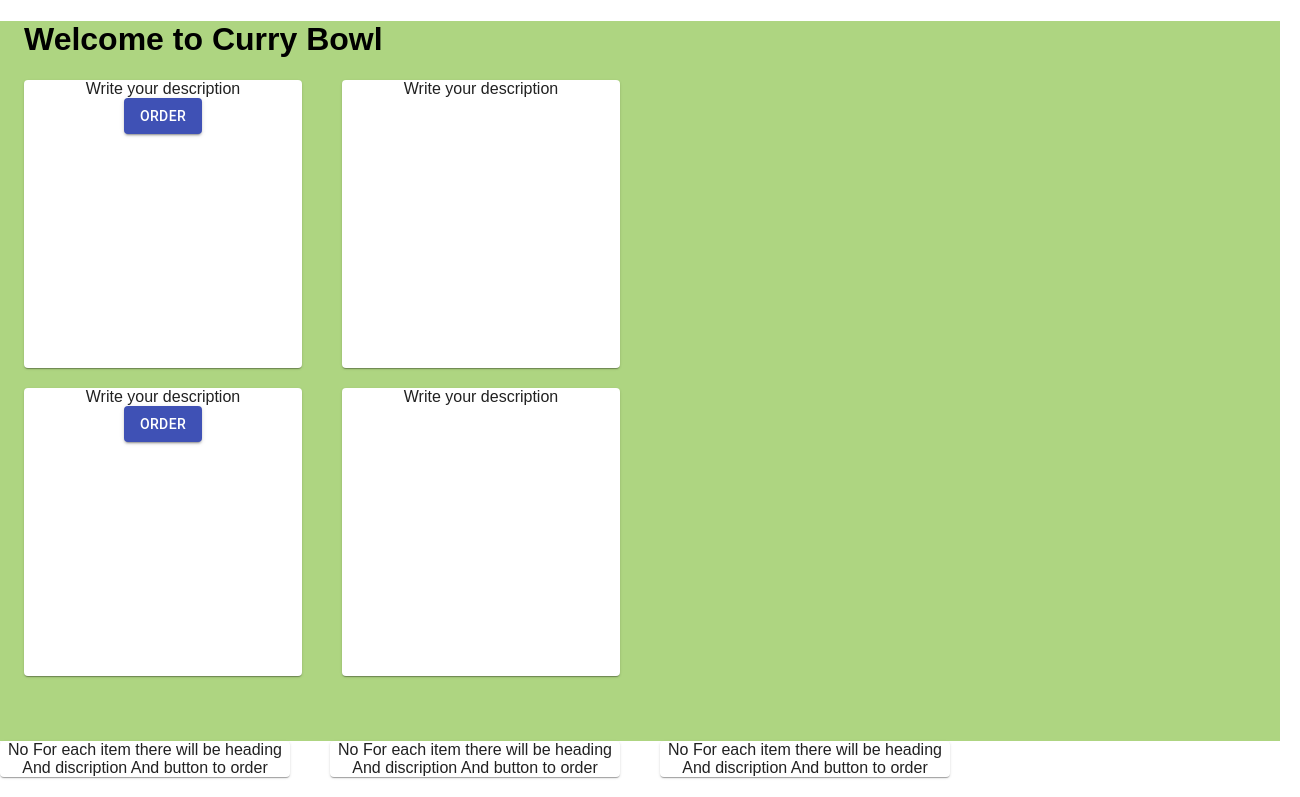
Repository: appikonda/food-order
Page: /, after clicking the first element matching `button.MuiButtonBase-root`
An editor plug-in stored every save of this project. The page is shown before and after the next save, followed by the edit.
The browser window is 1280 px wide. The page is 1300 px wide, so the pictures cover 1300 px, including what lies to the right of the window. The pictures show the whole page.
The project was rebuilt for these pictures with package versions that can differ from the ones it lists, and the page was loaded fresh each time. Also part of the build but not shown: webpack.config.js, src/App.css.

Above is the page before, as saved 2019-08-15 17:19:24.

### src/App.js
import React, { Component } from 'react';
import logo from './logo.svg';
import './App.css';
import OrderFood from './OrderFood.jsx'
class App extends Component {
  render() {
    return (
      <div>

           <OrderFood/>


    </div>
    );
  }
}

export default App;

### src/OrderFood.jsx
import React, { Component } from 'react';

import Typography from '@material-ui/core/Typography';
import Container from '@material-ui/core/Container';
import ExpansionPanel from '@material-ui/core/ExpansionPanel';
import ExpansionPanelDetails from '@material-ui/core/ExpansionPanelDetails';
import ExpansionPanelSummary from '@material-ui/core/ExpansionPanelSummary';
import Iframe from 'react-iframe'
import Grid from '@material-ui/core/Grid';
import { makeStyles  } from '@material-ui/core/styles';
import Button from '@material-ui/core/Button';


import Paper from '@material-ui/core/Paper';



class OrderFood extends Component {


  render() {
    return (
      <div >

      <Container  fixed style={{ backgroundColor: '#aed581', height: '100vh' }}>
      <h1>Welcome to Curry Bowl</h1>
      <Grid container spacing={5}>

        <Grid item xs={6} sm={3}  >
          <Paper style={{  textAlign: 'center',  color: '#212121', height: '40vh'  }}>
             Write your description
             <br/>
             <Button variant="contained" color="primary">
        Order
      </Button>

          </Paper>
        </Grid>
        <Grid item xs={6} sm={3} >
          <Paper style={{  textAlign: 'center',  color: '#212121', height: '40vh'  }}>
             Write your description

          </Paper>
        </Grid>


  </Grid>
  <Grid container spacing={5}>

        <Grid item xs={6} sm={3}  >
          <Paper style={{  textAlign: 'center',  color: '#212121', height: '40vh'  }}>
             Write your description
             <br/>
             <Button variant="contained" color="primary">
        Order
      </Button>

          </Paper>
        </Grid>
        <Grid item xs={6} sm={3} >
          <Paper style={{  textAlign: 'center',  color: '#212121', height: '40vh'  }}>
             Write your description

          </Paper>
        </Grid>


  </Grid>



      </Container>
      {this.renderGridOptions()}



      </div>
    );
  }
//One for biryani orders // 6.99
//One for one curry options// 5.99/
//One for 2 curry options //6.99
//One for full plate options //8.99

renderGridOptions(){

  return (
    <div >
    <Grid container spacing={5}>

        <Grid item xs={6} sm={3}  >
          <Paper style={{      textAlign: 'center',      color: '#212121'  }}>No   For each item there will be heading
  And discription
  And button to order</Paper>
        </Grid>
        <Grid item xs={6} sm={3} >
          <Paper style={{  textAlign: 'center',  color: '#212121'  }}>
        No
  For each item there will be heading
  And discription
  And button to order</Paper>
        </Grid>
        <Grid item xs={6} sm={3}>
          <Paper style={{

  textAlign: 'center',
  color: '#212121'
  }}>No
  For each item there will be heading
  And discription
  And button to order</Paper>
        </Grid>

  </Grid>
  </div>
  );

}


renderOptions(){



  return(
    <div>
      <ExpansionPanel  >
        <ExpansionPanelSummary
          aria-controls="panel1bh-content"
          id="panel1bh-header"
        ><b>Order Biryani</b>


        </ExpansionPanelSummary>
        <ExpansionPanelDetails>

          <Iframe url="https://docs.google.com/forms/d/e/1FAIpQLSdyKr7HLqYcw9uLIflgbRmy-7WHtb8fDuJuym8K5pYcW45q3g/viewform"
         width="900px"
         height="600px"
            />

        </ExpansionPanelDetails>
      </ExpansionPanel>
      <ExpansionPanel >
        <ExpansionPanelSummary

          aria-controls="panel2bh-content"
          id="panel2bh-header"
        >
          Order One Curry Plate

        </ExpansionPanelSummary>
        <ExpansionPanelDetails>
          <Typography>
          Linkk to add One Curry Plate
          </Typography>
        </ExpansionPanelDetails>
      </ExpansionPanel>
      <ExpansionPanel  >
        <ExpansionPanelSummary

          aria-controls="panel3bh-content"
          id="panel3bh-header"
        >
          Order two Curry Plate
        </ExpansionPanelSummary>
        <ExpansionPanelDetails>
          <Typography>
          Linkk to add two curries plaues
          </Typography>
        </ExpansionPanelDetails>
      </ExpansionPanel>
      <ExpansionPanel >
        <ExpansionPanelSummary

          aria-controls="panel4bh-content"
          id="panel4bh-header"
        >
          <Typography>Full Plate </Typography>
        </ExpansionPanelSummary>
        <ExpansionPanelDetails>
          <Typography>
            Nunc vitae orci ultricies, auctor nunc in, volutpat nisl. Integer sit amet egestas eros,
            vitae egestas augue. Duis vel est augue.
          </Typography>
        </ExpansionPanelDetails>
      </ExpansionPanel>
    </div>
  );


}


}

export default OrderFood;

Loaded but not shown: public/index.html (common file); src/index.js (common file); src/index.css (common file)

After the next save:
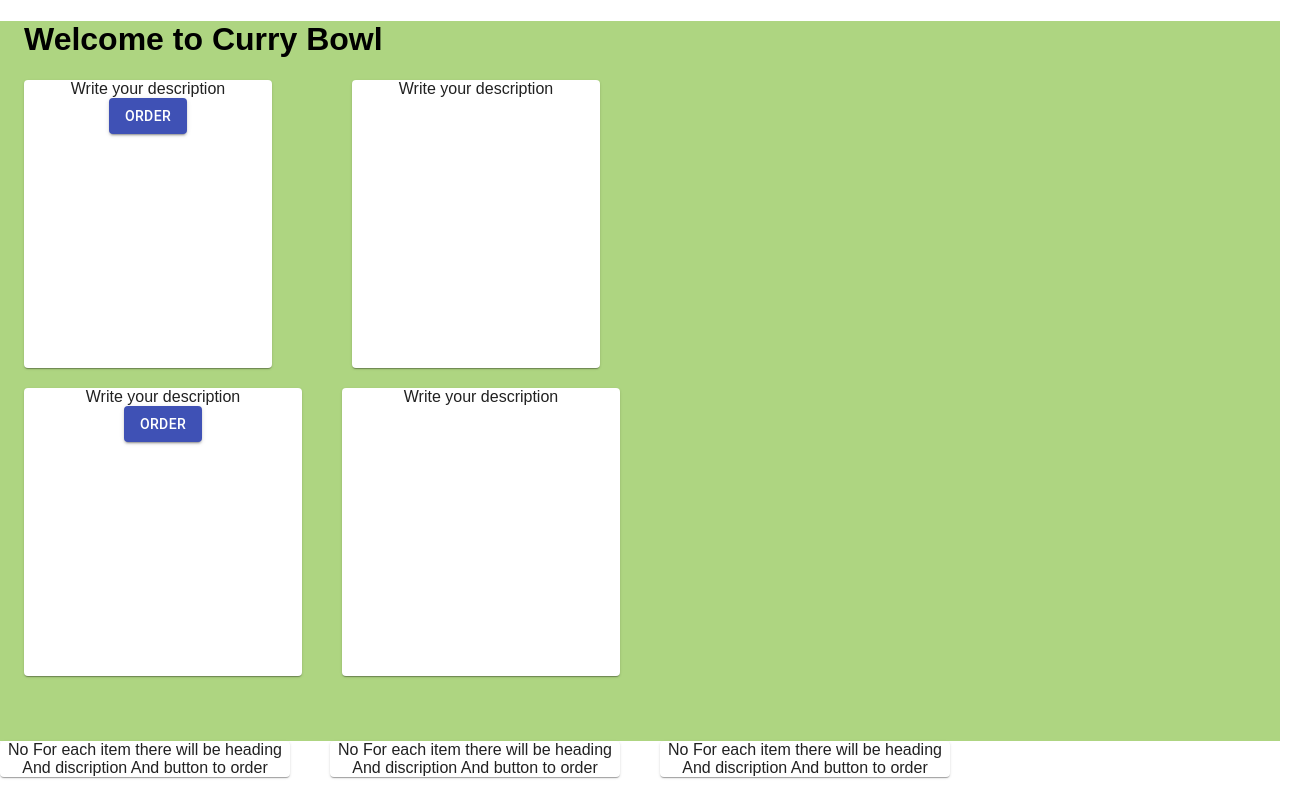
Saved 20 s later.
--- a/src/OrderFood.jsx
+++ b/src/OrderFood.jsx
@@ -24,7 +24,7 @@ class OrderFood extends Component {
 
       <Container  fixed style={{ backgroundColor: '#aed581', height: '100vh' }}>
       <h1>Welcome to Curry Bowl</h1>
-      <Grid container spacing={5}>
+      <Grid container spacing={10}>
 
         <Grid item xs={6} sm={3}  >
           <Paper style={{  textAlign: 'center',  color: '#212121', height: '40vh'  }}>
